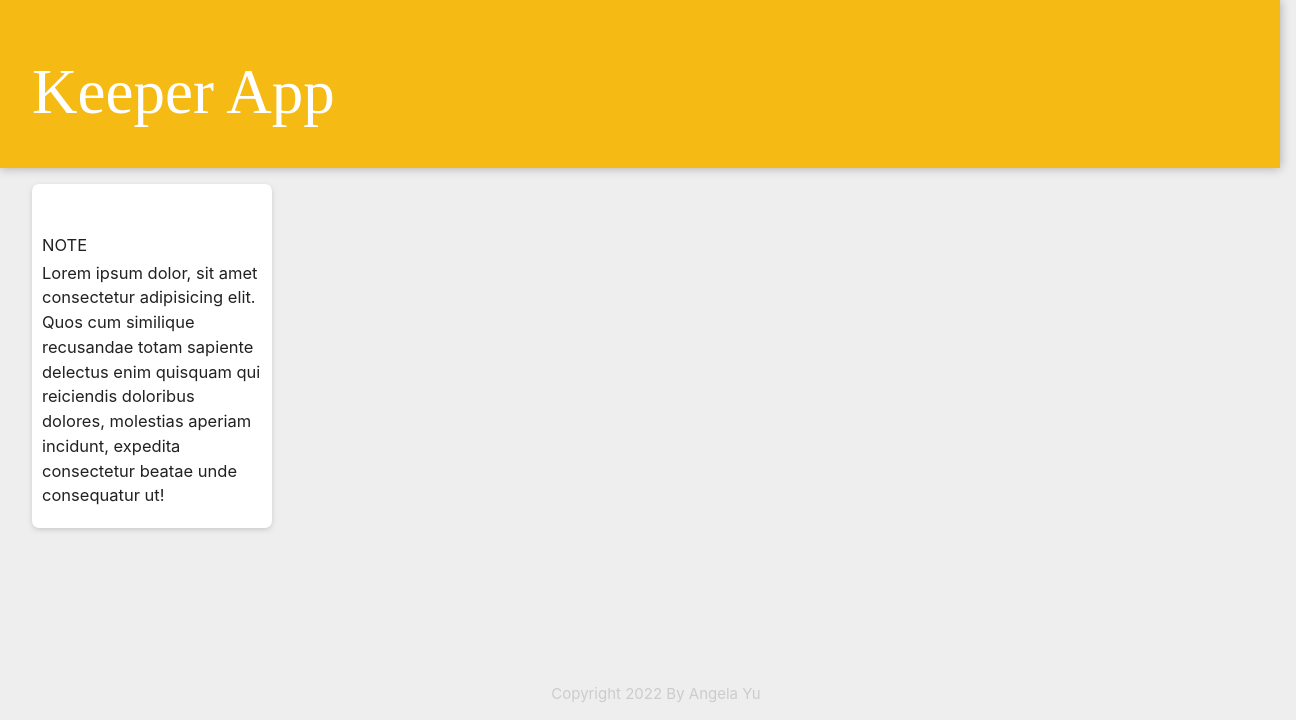
Repository: DESTINYAS/keeper-app
Page: /
These files come from the project's save history. The page is drawn as it stood at one moment and after the next save; the edit follows.
The browser window is 1280 px wide. The page is 1296 px wide, so the pictures cover 1296 px, including what lies to the right of the window. The pictures show the whole page.
The project was rebuilt for these pictures with package versions that can differ from the ones it lists, and the page was loaded fresh each time.

Above is the page before, as saved 2022-12-08 21:45:30.

### public/index.html
<!DOCTYPE html>
<html lang="en">
  <head>
    <meta charset="utf-8" />
    <link rel="icon" href="%PUBLIC_URL%/favicon.ico" />
    <meta name="viewport" content="width=device-width, initial-scale=1" />
    <meta name="theme-color" content="#000000" />
    <meta
      name="description"
      content="Web site created using create-react-app"
    />
    <link rel="apple-touch-icon" href="%PUBLIC_URL%/logo192.png" />
    <!--
      manifest.json provides metadata used when your web app is installed on a
      user's mobile device or desktop. See https://developers.google.com/web/fundamentals/web-app-manifest/
    -->
    <link rel="manifest" href="%PUBLIC_URL%/manifest.json" />
    <!--
      Notice the use of %PUBLIC_URL% in the tags above.
      It will be replaced with the URL of the `public` folder during the build.
      Only files inside the `public` folder can be referenced from the HTML.

      Unlike "/favicon.ico" or "favicon.ico", "%PUBLIC_URL%/favicon.ico" will
      work correctly both with client-side routing and a non-root public URL.
      Learn how to configure a non-root public URL by running `npm run build`.
    -->

    <!-- Compiled and minified CSS -->
    <link
      rel="stylesheet"
      href="https://cdnjs.cloudflare.com/ajax/libs/materialize/1.0.0/css/materialize.min.css"
    />
    <title>React App</title>
  </head>
  <body>
    <noscript>You need to enable JavaScript to run this app.</noscript>
    <div id="root"></div>
    <!--
      This HTML file is a template.
      If you open it directly in the browser, you will see an empty page.

      You can add webfonts, meta tags, or analytics to this file.
      The build step will place the bundled scripts into the <body> tag.

      To begin the development, run `npm start` or `yarn start`.
      To create a production bundle, use `npm run build` or `yarn build`.
    -->
  </body>
</html>

### src/index.css
body {
  margin: 0;
  font-family: -apple-system, BlinkMacSystemFont, "Segoe UI", "Roboto", "Oxygen",
    "Ubuntu", "Cantarell", "Fira Sans", "Droid Sans", "Helvetica Neue",
    sans-serif;
  -webkit-font-smoothing: antialiased;
  -moz-osx-font-smoothing: grayscale;
}

code {
  font-family: source-code-pro, Menlo, Monaco, Consolas, "Courier New",
    monospace;
}

* {
  padding: 0;
  margin: 0;
  box-sizing: border-box;
}
html {
  font-family: "Montserrat", sans-serif;
}
body {
  background: #eee;
  padding: 0 16px;
}

header {
  background-color: #f5ba13;
  margin: auto -16px;
  padding: 16px 32px;
  box-shadow: 0 0 10px 0 rgba(0, 0, 0, 0.3);
}

header h1 {
  color: #fff;
  font-family: "McLaren", cursive;
  font-weight: 200;
}

footer {
  position: absolute;
  text-align: center;
  bottom: 0;
  width: 100%;
  height: 2.5rem;
}

footer p {
  color: #ccc;
}
.note {
  background: #fff;
  border-radius: 7px;
  box-shadow: 0 2px 5px #ccc;
  padding: 10px;
  width: 240px;
  margin: 16px;
  float: left;
}
.note h1 {
  font-size: 1.1em;
  margin-bottom: 6px;
}
.note p {
  font-size: 1.1em;
  margin-bottom: 10px;
  white-space: pre-wrap;
  word-wrap: break-word;
}

### src/App.js
import Footer from "./components/Footer";
import Header from "./components/Header";
import Note from "./components/Note";

function App() {
  return (
    <div className="App">
      <Header />
      <Note />
      <Footer />
    </div>
  );
}

export default App;

### src/components/Footer.js
const date = new Date().getFullYear();

const Footer = () => {
  return (
    <footer>
      <div className="footer">
        <p>Copyright {date} By Angela Yu</p>
      </div>
    </footer>
  );
};

export default Footer;

### src/components/Header.js
const Header = () => {
  return (
    <header>
      <div className="header">
        <h1>Keeper App</h1>
      </div>
    </header>
  );
};

export default Header;

### src/components/Note.js
const Note = () => {
  return (
    <div className="note">
      <h1>NOTE</h1>
      <p>
        Lorem ipsum dolor, sit amet consectetur adipisicing elit. Quos cum
        similique recusandae totam sapiente delectus enim quisquam qui
        reiciendis doloribus dolores, molestias aperiam incidunt, expedita
        consectetur beatae unde consequatur ut!
      </p>
    </div>
  );
};

export default Note;

Loaded but not shown: src/index.js (common file)

After the next save:
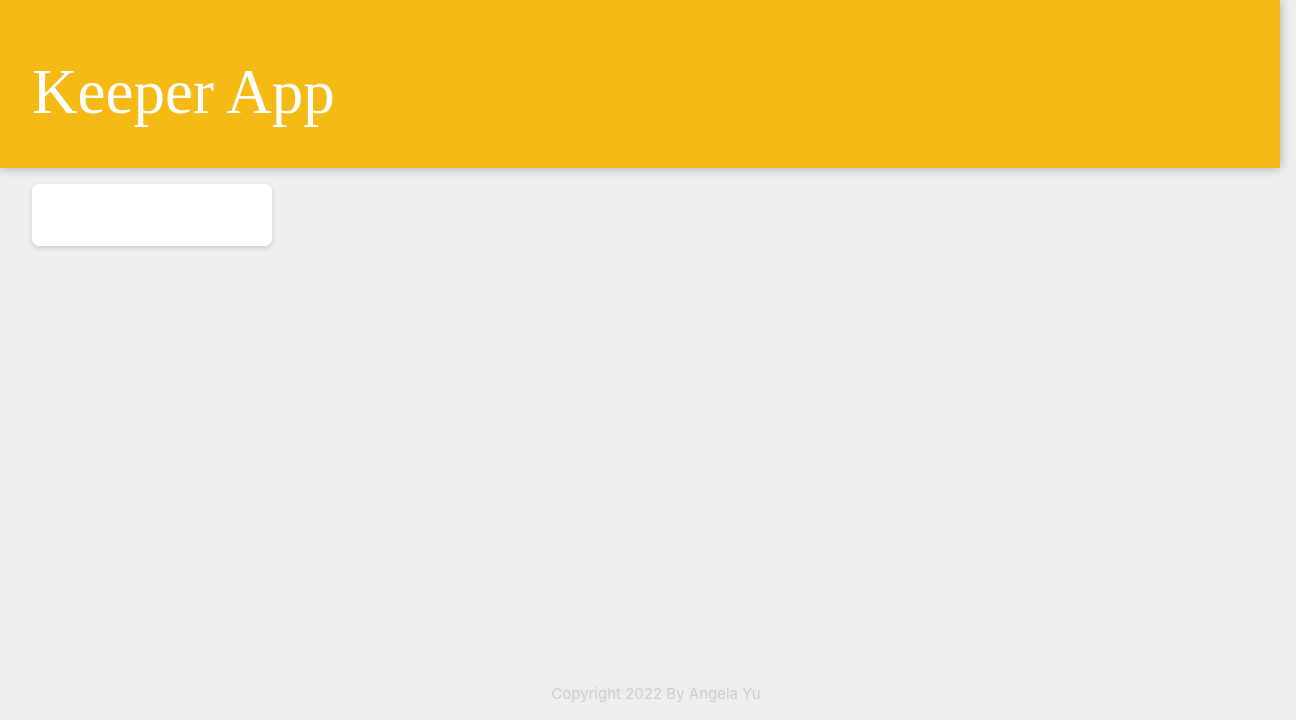
Saved 13 min 8 s later.
--- a/src/components/Note.js
+++ b/src/components/Note.js
@@ -1,13 +1,8 @@
-const Note = () => {
+const Note = (props) => {
   return (
     <div className="note">
-      <h1>NOTE</h1>
-      <p>
-        Lorem ipsum dolor, sit amet consectetur adipisicing elit. Quos cum
-        similique recusandae totam sapiente delectus enim quisquam qui
-        reiciendis doloribus dolores, molestias aperiam incidunt, expedita
-        consectetur beatae unde consequatur ut!
-      </p>
+      <h1>{props.title}</h1>
+      <p>{props.content}</p>
     </div>
   );
 };
